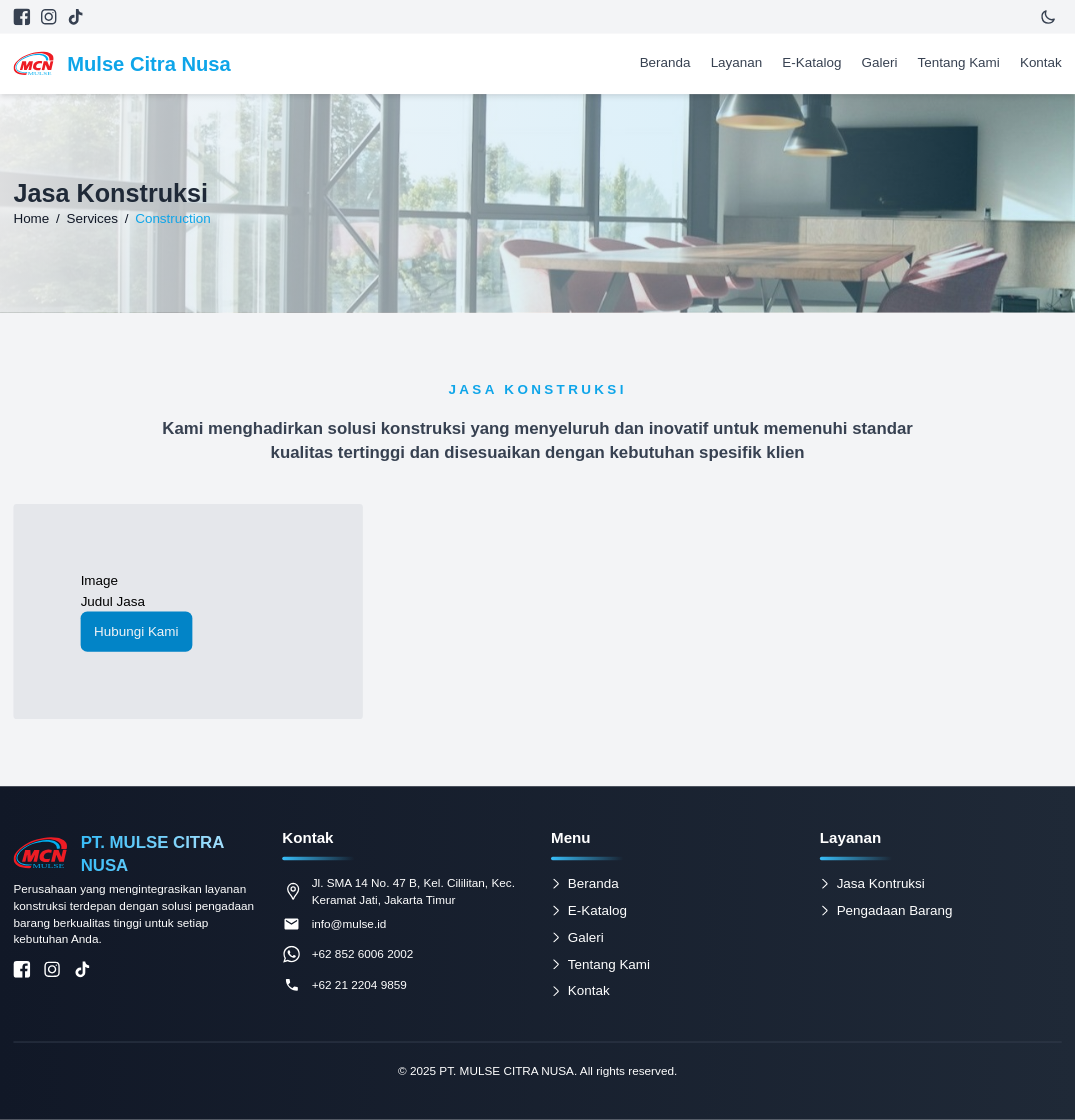
Repository: PrasBaldin/next-mulse
Page: /services/construction
These files come from the project's save history. The page is drawn as it stood at one moment and after the next save; the edit follows.
The browser window is 1280 px wide. The pictures show the whole page, at 84% of full size.
The project was rebuilt for these pictures with package versions that can differ from the ones it lists, and the page was loaded fresh each time. The framework's server and built-in components were replaced by stand-ins that run in the browser. Also part of the build but not shown: next.config.ts.

Above is the page before, as saved 2025-02-26 13:33:32.

After the next save:
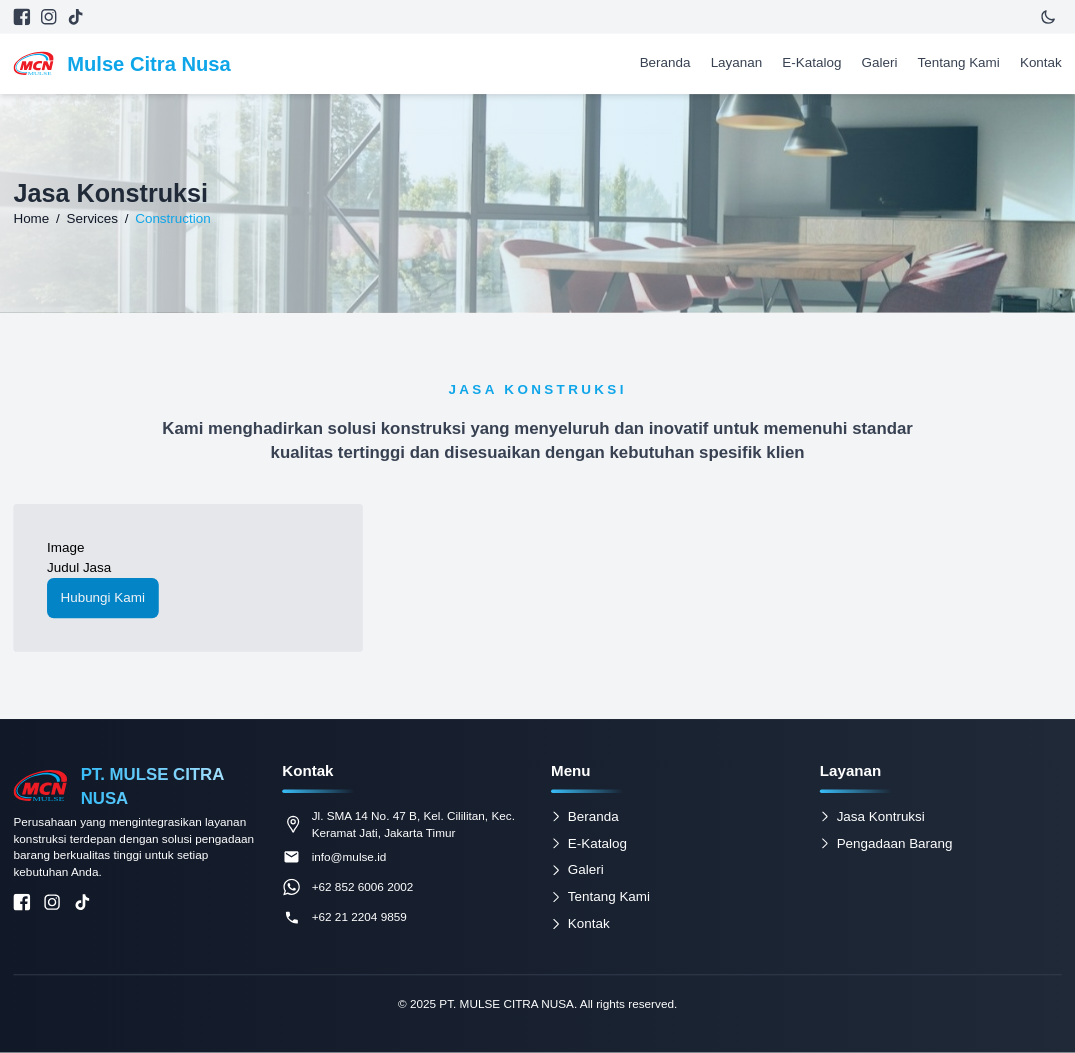
Saved 4 s later.
--- a/app/services/construction/page.tsx
+++ b/app/services/construction/page.tsx
@@ -57,7 +57,7 @@
             </h3>
           </div>
           <div className="service-content grid grid-cols-2 md:grid-cols-3">
-            <div className="card bg-gray-200 rounded p-20">
+            <div className="card bg-gray-200 rounded p-10">
               <div className="card-img">
                 <span>Image</span>
               </div>
